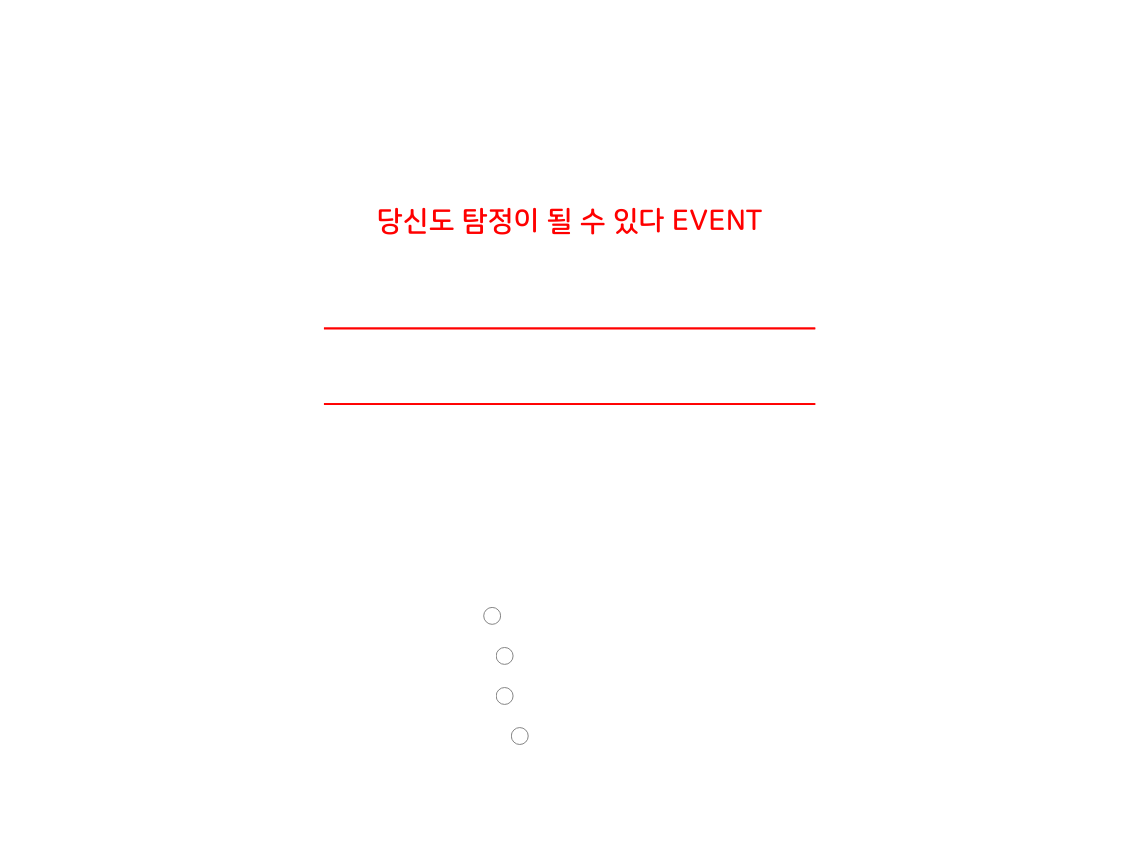
Repository: minkyung0421/Event_Project
Page: http://localhost/Event/letter.jsp
These files come from the project's save history. The page is drawn as it stood at one moment and after the next save; the edit follows.
The browser window is 1280 px wide. The pictures show the whole page, at 89% of full size.
The page is served by Tomcat 9.

Above is the page before, as saved 2018-09-04 17:41:04.

After the next save:
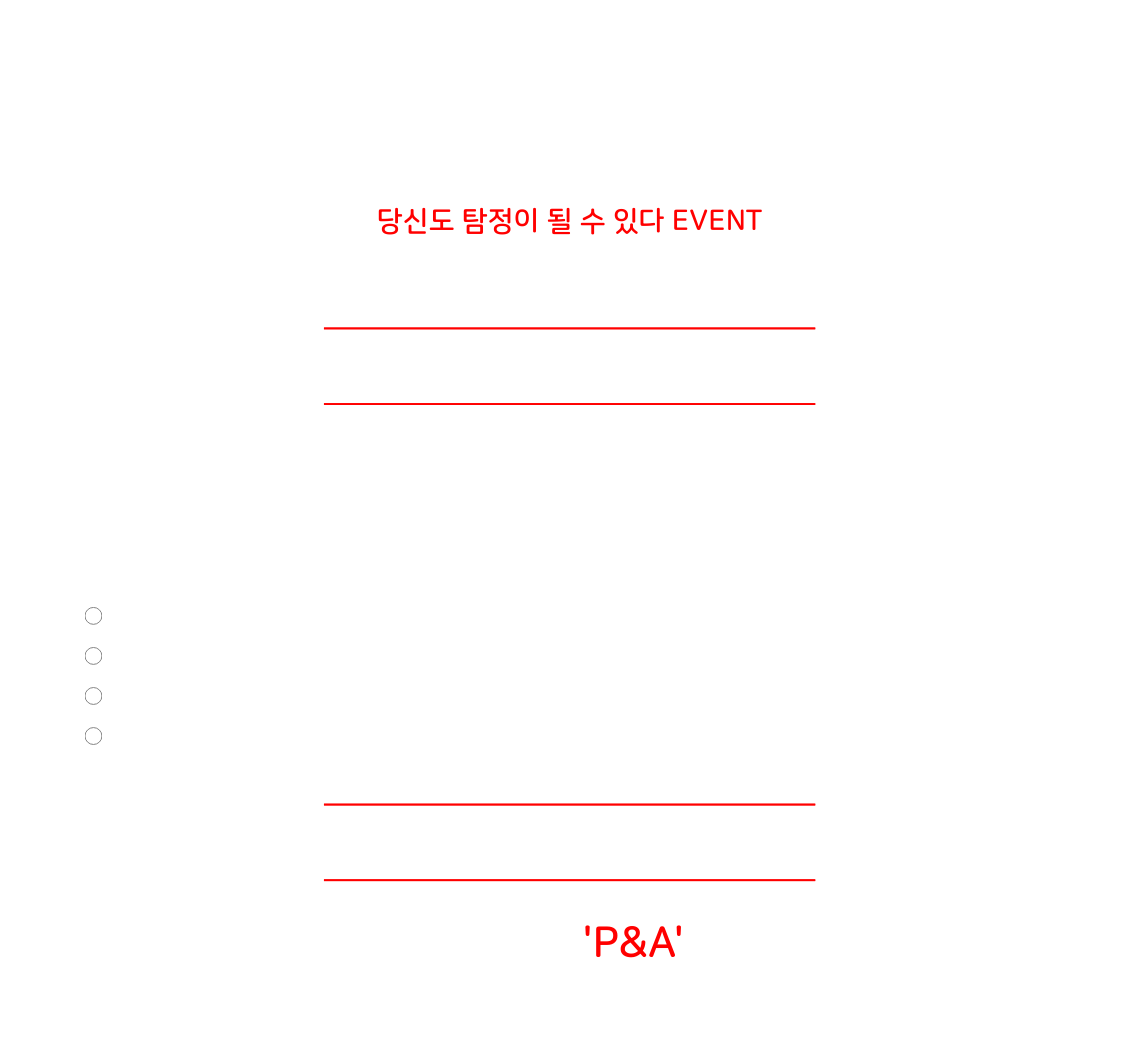
Saved 94 s later.
--- a/Event_Project/Event/WebContent/letter.jsp
+++ b/Event_Project/Event/WebContent/letter.jsp
@@ -43,11 +43,21 @@ body{
 천재는 죽기 전 다잉 메시지로 왼손에는 인형 수집가에게 받은 인형을,<br><br>
 오른손에는 거울 수집가에게 받은 거울을 들고 눈을 감았다.<br><br>
 천재의 다잉 메시지를 보고 네 명의 용의자 중 범인을 찾아라.<br><br>
-
+</center>
 	<label><input type = "radio" name = "l_quiz1" value = "1" style="width:20px;height:20px;"> 1103호 : 명문대학교 교수</label><br><br>
 	<label><input type = "radio" name = "l_quiz1" value = "2" style="width:20px;height:20px;"> 1105호 : 인형 수집가</label><br><br>
 	<label><input type = "radio" name = "l_quiz1" value = "3" style="width:20px;height:20px;"> 1106호 : 거울 수집가</label><br><br>
 	<label><input type = "radio" name = "l_quiz1" value = "4" style="width:20px;height:20px;"> 1107호 : 재수생</label><br><br>
+<center>
+<br><br>
+<hr color="red" style = "width: 50%; ">
+<br>
+<div style = "font-size: 20pt;">두번째 문제</div>
+<br>
+<hr color="red" style = "width: 50%;">
+<br>
+<br>
+동물원에서 한 청년이 <font size="20pt" color="red">'P&A'</font>
 </center>
 </form>
 </body>
